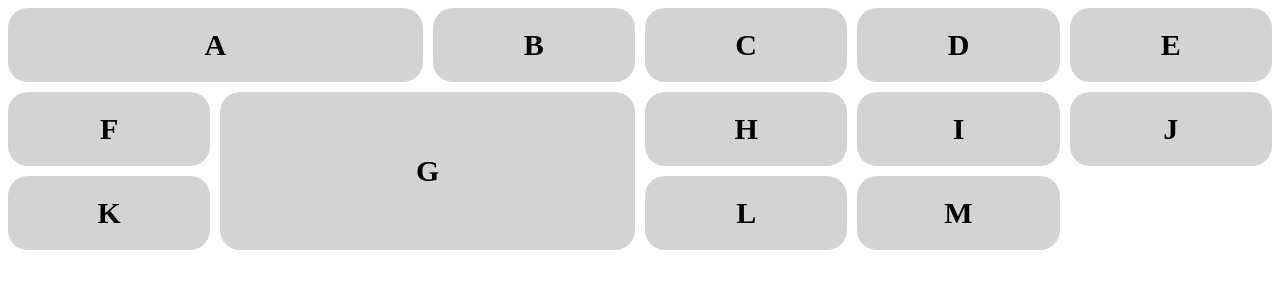
Repository: Yevhen94/nixhw
Page: fourth-lesson/index.html
These files come from the project's save history. The page is drawn as it stood at one moment and after the next save; the edit follows.
The browser window is 1280 px wide. The pictures show the whole page.

Above is the page before, as saved 2022-02-08 14:45:42.

### fourth-lesson/index.html
<!DOCTYPE html>
<html lang="en">
  <head>
    <meta charset="UTF-8" />
    <meta http-equiv="X-UA-Compatible" content="IE=edge" />
    <meta name="viewport" content="width=device-width, initial-scale=1.0" />
    <link rel="stylesheet" href="./styles/index.css" />
    <title>Flex+Grid</title>
  </head>
  <body>
    <!-- <div class="first-ex">
      <div class="block block--yellow">
        <span>A</span>
      </div>
      <div class="block block--yellow">
        <span>B</span>
      </div>
      <div class="block block--yellow">
        <span>C</span>
      </div>
      <div class="block block--pink">
        <span>D</span>
      </div>
      <div class="block block--pink">
        <span>E</span>
      </div>
      <div class="block block--pink">
        <span>F</span>
      </div>
      <div class="block block--green">
        <span>G</span>
      </div>
      <div class="block block--green">
        <span>H</span>
      </div>
      <div class="block block--green">
        <span>I</span>
      </div>
      <div class="block block--blue">
        <span>J</span>
      </div>
      <div class="block block--blue">
        <span>K</span>
      </div>
      <div class="block block--blue">
        <span>L</span>
      </div>
    </div> -->
    <div class="second-ex">
      <div class="resp-block two-in-one">
        <span>A</span>
      </div>
      <div class="resp-block">
        <span>B</span>
      </div>
      <div class="resp-block">
        <span>C</span>
      </div>
      <div class="resp-block">
        <span>D</span>
      </div>
      <div class="resp-block">
        <span>E</span>
      </div>
      <div class="resp-block">
        <span>F</span>
      </div>
      <div class="resp-block four-in-one">
        <span>G</span>
      </div>
      <div class="resp-block">
        <span>H</span>
      </div>
      <div class="resp-block">
        <span>I</span>
      </div>
      <div class="resp-block">
        <span>J</span>
      </div>
      <div class="resp-block">
        <span>K</span>
      </div>
      <div class="resp-block">
        <span>L</span>
      </div>
      <div class="resp-block">
        <span>M</span>
      </div>
    </div>
  </body>
</html>

### fourth-lesson/styles/index.css
.first-ex {
  grid-template-columns: repeat(3, 1fr);
  display: grid;
  gap: 10px;
}

.block {
  justify-content: center;
  align-items: center;
  min-height: 150px;
  font-weight: bold;
  min-width: 150px;
  font-size: 30px;
  display: flex;
}

.block--yellow {
  background-color: yellow;
  justify-self: end;
}

.block--pink {
  background-color: pink;
  justify-self: start;
}

.block--green {
  background-color: lightgreen;
  justify-self: center;
}

.block--blue {
  background-color: lightblue;
}

.second-ex {
  grid-template-columns: repeat(auto-fill, minmax(200px, 1fr));
  display: grid;
  gap: 10px;
}

.resp-block {
  background-color: lightgrey;
  justify-content: center;
  align-items: center;
  border-radius: 20px;
  font-weight: bold;
  font-size: 30px;
  padding: 20px;
  display: flex;
}

.two-in-one {
  grid-column: 1 / span 2;
}

.four-in-one {
  grid-area: 2 / 2 / span 2 / span 2;
}

After the next save:
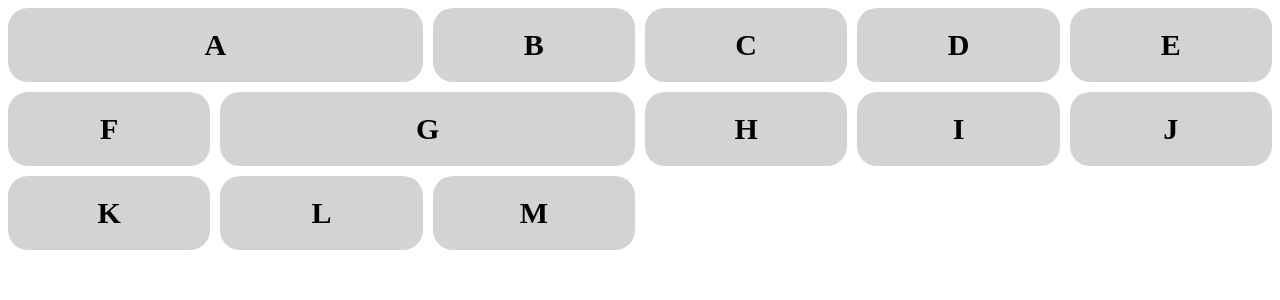
Saved 2 min 32 s later.
--- a/fourth-lesson/styles/index.css
+++ b/fourth-lesson/styles/index.css
@@ -55,5 +55,6 @@
 }
 
 .four-in-one {
-  grid-area: 2 / 2 / span 2 / span 2;
+  /* grid-area: 2 / 2 / span 2 / span 2; */
+  grid-column-end: span 2;
 }

After the save that followed:
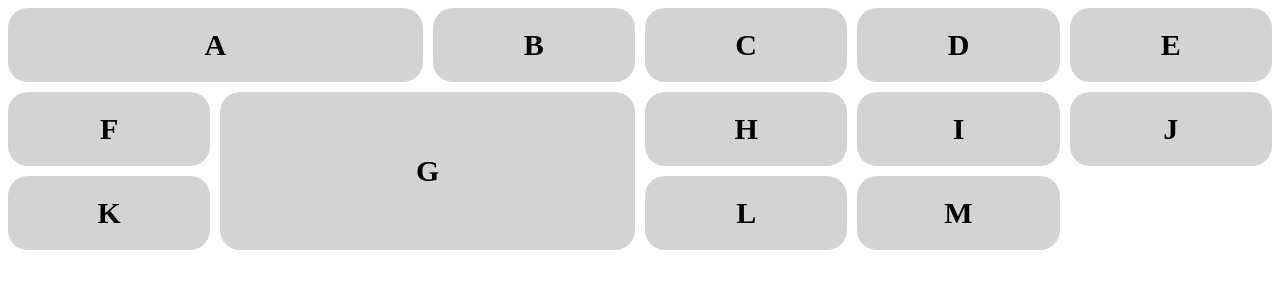
Saved 22 s later.
--- a/fourth-lesson/styles/index.css
+++ b/fourth-lesson/styles/index.css
@@ -57,4 +57,5 @@
 .four-in-one {
   /* grid-area: 2 / 2 / span 2 / span 2; */
   grid-column-end: span 2;
+  grid-row-end: span 2;
 }
